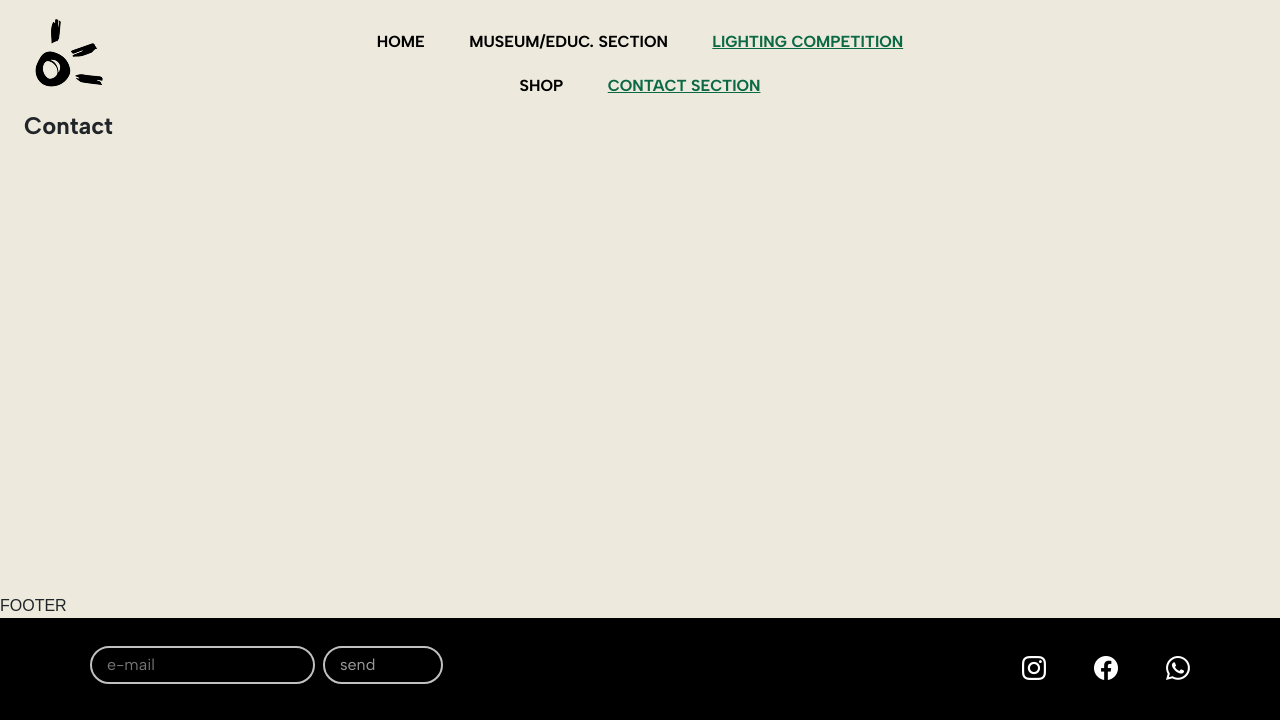
Repository: veronicamdiaz/Landing-Page-Practices
Page: contact-section.html
The author's editor kept a copy of each file at every save. The page is drawn from the files as they stood at one save, then again after the next save.
The browser window is 1280 px wide. The pictures show the whole page.

Above is the page before, as saved 2025-06-02 16:54:47.
Console error: TypeError: Cannot read properties of null (reading 'addEventListener')

After the next save:
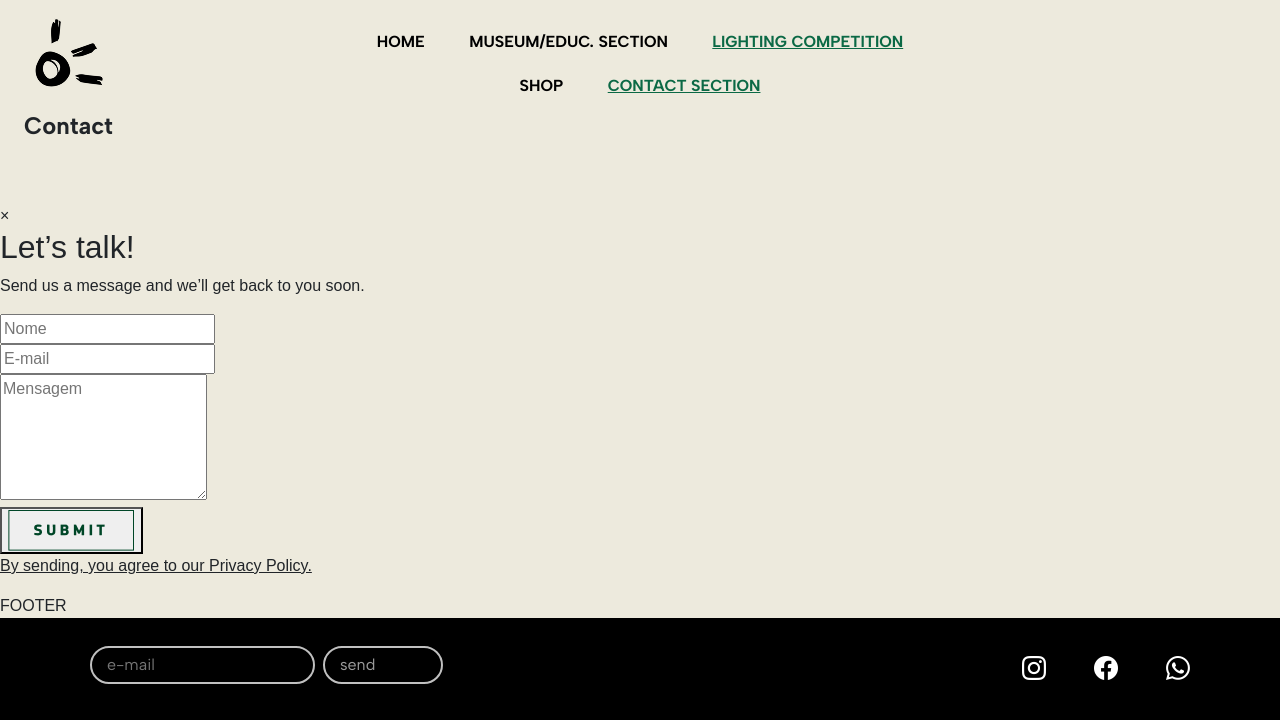
Saved 4 min 1 s later.
--- a/contact-section.html
+++ b/contact-section.html
@@ -39,43 +39,39 @@
         </section>
     </main>
 
-<div id="contactModal" class="modal">
-  <div class="modal-items">
-    <span class="close-button" id="closeButton">&times;</span>
+<div id="contactSectionModal" class="contact-modal">
+  <div class="contact-modal-items">
+    <span class="contact-close-button" id="closeContactButton">&times;</span>
     <h2>Let’s talk!</h2>
     <p>Send us a message and we’ll get back to you soon.</p>
 
     <!-- Campo Nome -->
-    <div class="input-container">
-      <input type="text" placeholder="Nome" class="input" required />
+    <div class="contact-input-container">
+      <input type="text" placeholder="Nome" class="contact-input" required />
     </div>
 
     <!-- Campo E-mail -->
-    <div class="input-container">
-      <input type="e-mail" placeholder="E-mail" class="input" required />
+    <div class="contact-input-container">
+      <input type="email" placeholder="E-mail" class="contact-input" required />
     </div>
 
     <!-- Campo Mensagem -->
-    <div class="input-container">
-      <textarea placeholder="Your message" class="input" rows="5" required></textarea>
+    <div class="contact-input-container">
+      <textarea placeholder="Mensagem" class="contact-input" rows="5" required></textarea>
     </div>
 
     <!-- Botão Enviar -->
-    <div class="button-container">
-      <button class="submit-button" id="submitContactButton">
+    <div class="contact-button-container">
+      <button class="contact-submit-button" id="submitContactButton">
         <img src="images/submit_button.png" alt="submit-btn" />
       </button>
     </div>
 
-    <div class="cookie-policy">
+    <div class="contact-cookie-policy">
       <p><u>By sending, you agree to our Privacy Policy.</u></p>
     </div>
   </div>
 </div>
-
-
-
-
 
 
    FOOTER
